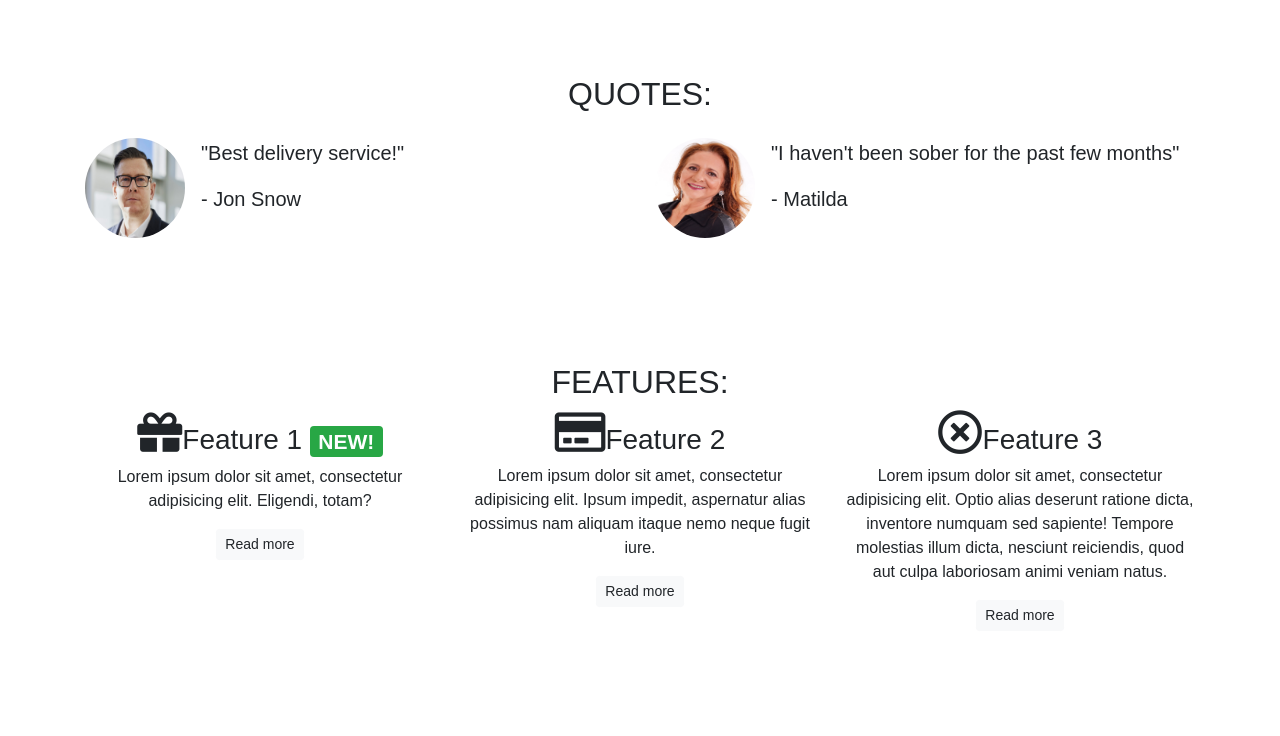
Repository: mkuti/Whiskey_website_using_Bootstrap
Page: index.html
The author's editor kept a record of every edit. The page is drawn from the files as they stood at one moment, then again after the next edit.
The browser window is 1280 px wide. The pictures show the part of the page from y = 720 to 1473 px (the page is 1456 px tall before and 1473 px after).
Backgrounds fixed to the window are drawn as part of the page. Some web fonts or font styles are not loaded; a fallback is used. Some web libraries are served in a nearby version.

Above is the page before.

After the next edit:
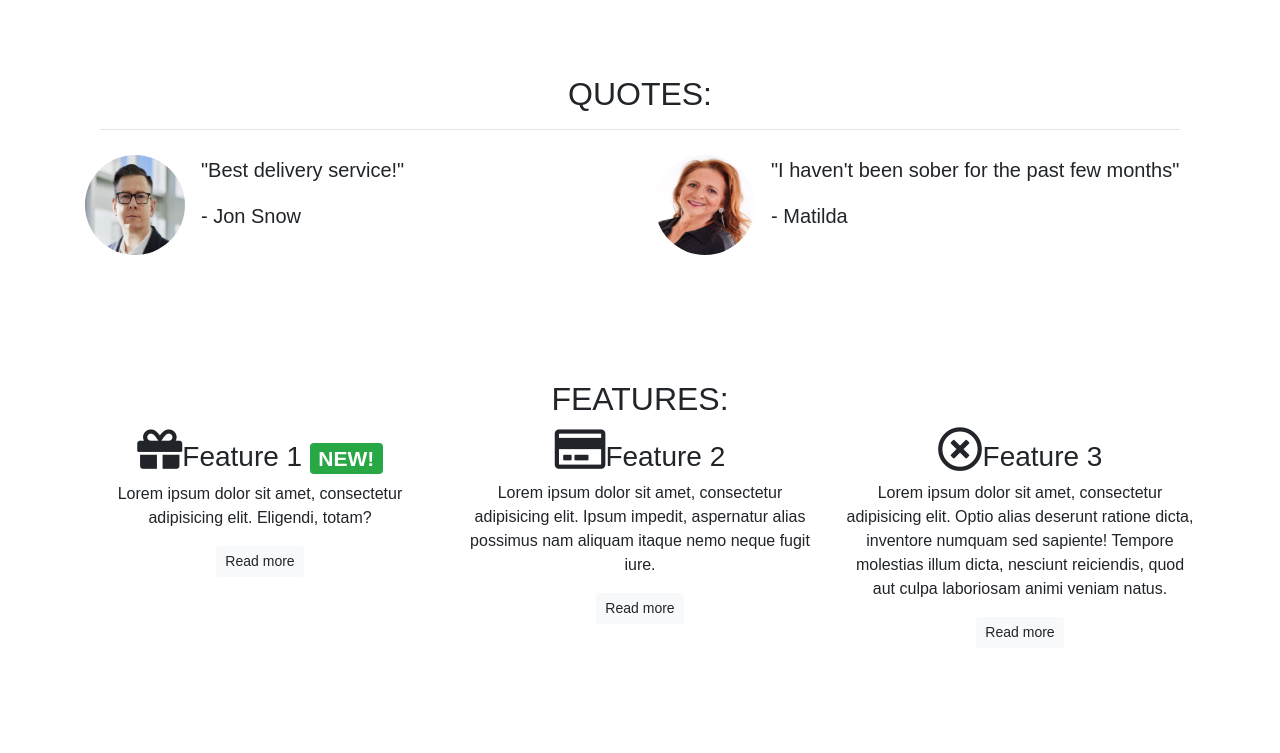
The edit:
--- a/index.html
+++ b/index.html
@@ -84,6 +84,7 @@
         <section class="quotes">
             <div class="col-12 page-header">
                 <h2 class="text-uppercase">Quotes:</h2>
+                <hr class="block-divider-small">
             </div>
             <div class="row">
                 <div class="col-12 col-md-6">
